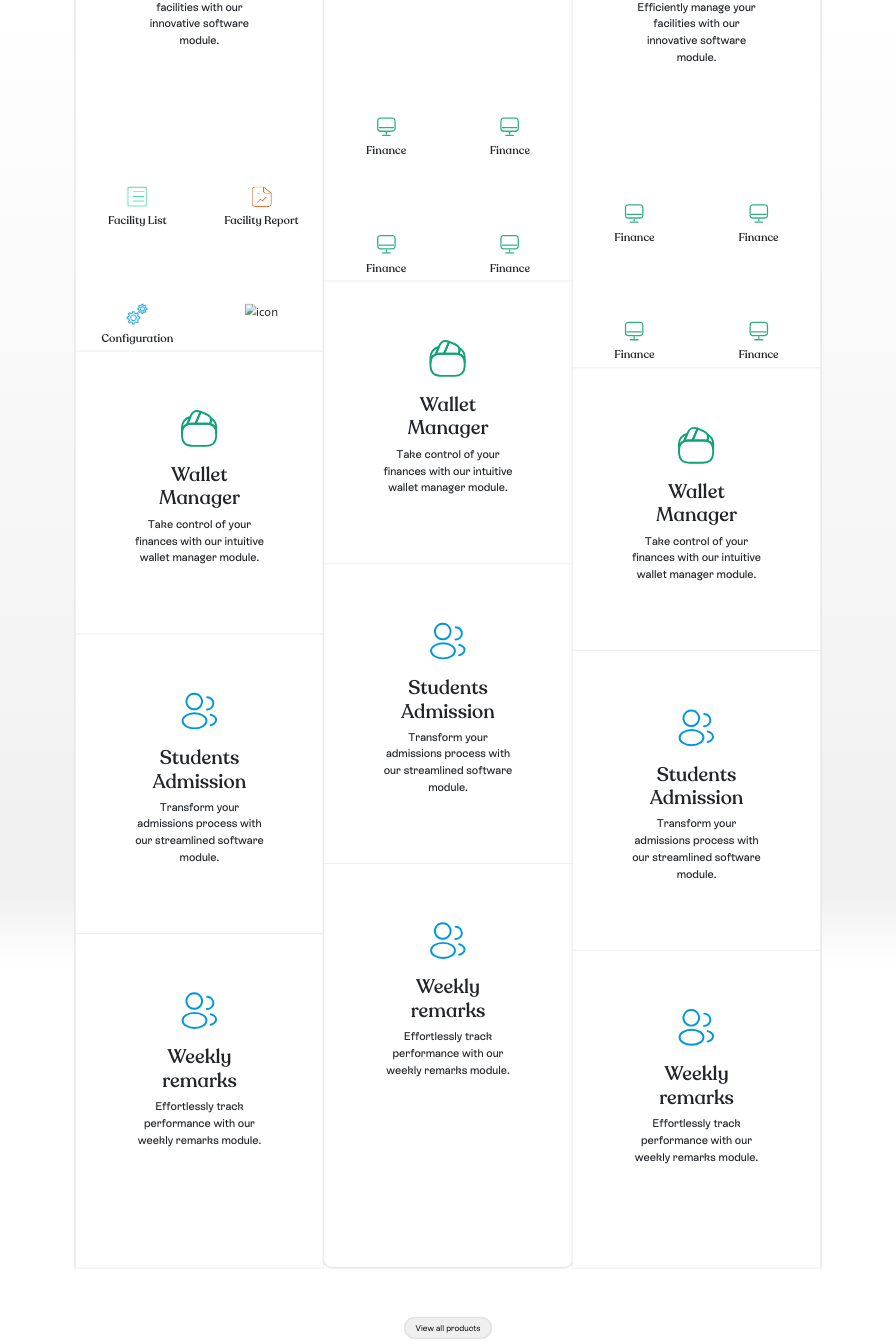
Repository: sarahnnanyelugo/educare-web
Page: /
The author's editor kept a copy of each file at every save. The page is drawn from the files as they stood at one save, then again after the next save.
The browser window is 1280 px wide. The pictures show the part of the page from y = 4580 to 6500 px (the page is 7665 px tall), at 70% of full size.
The project was rebuilt for these pictures with package versions that can differ from the ones it lists, and the page was loaded fresh each time.

Above is the page before, as saved 2023-04-07 01:29:12.

After the next save:
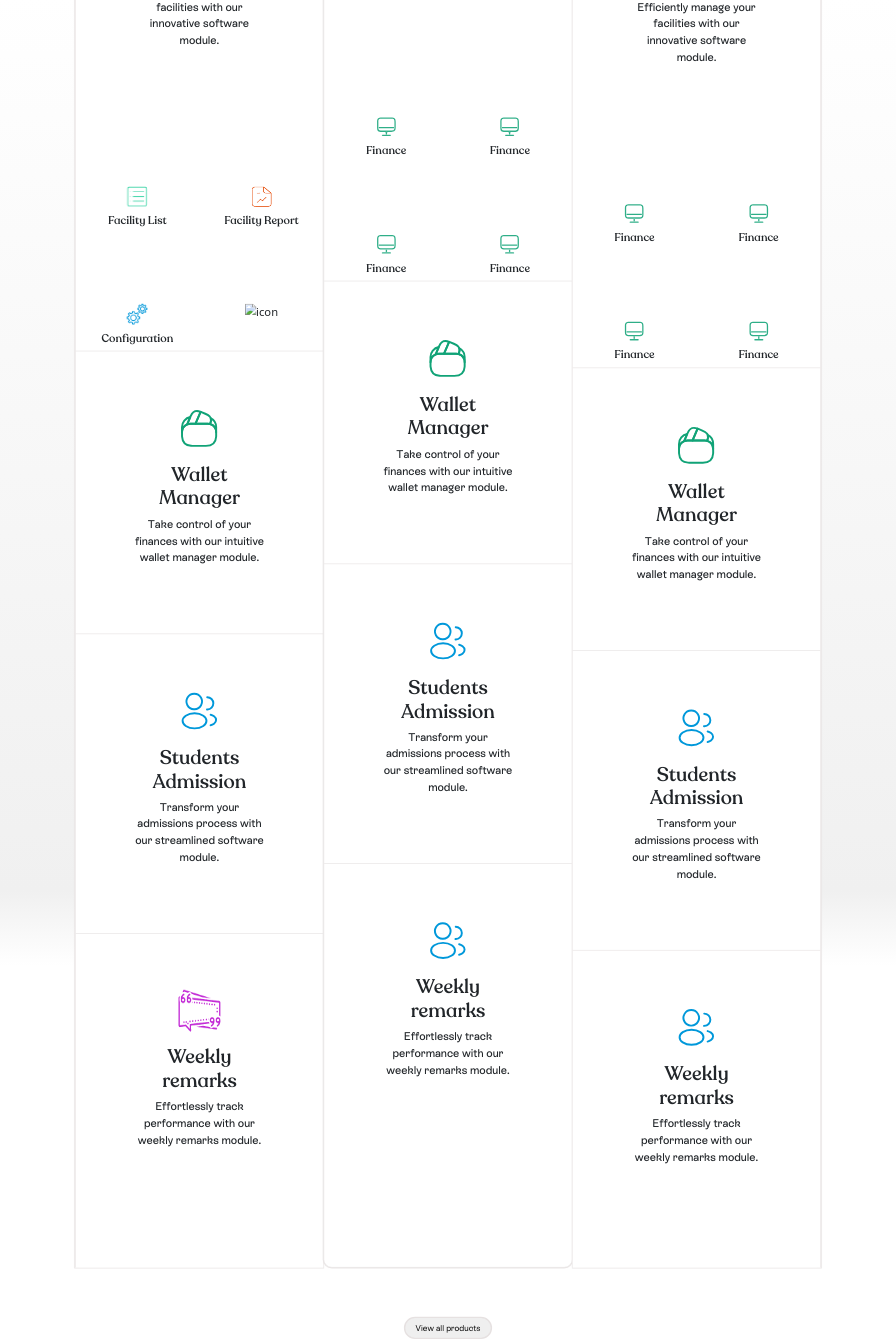
Saved 36 s later.
--- a/src/pages/Home/Home.tsx
+++ b/src/pages/Home/Home.tsx
@@ -343,7 +343,7 @@ export const Home = () => {
               <EducareProducts
                 productName="Weekly remarks"
                 productDetail="Effortlessly track performance with our weekly remarks module."
-                productIcon={Student}
+                productIcon={Remarks}
               />
             </div>
           </div>{" "}
